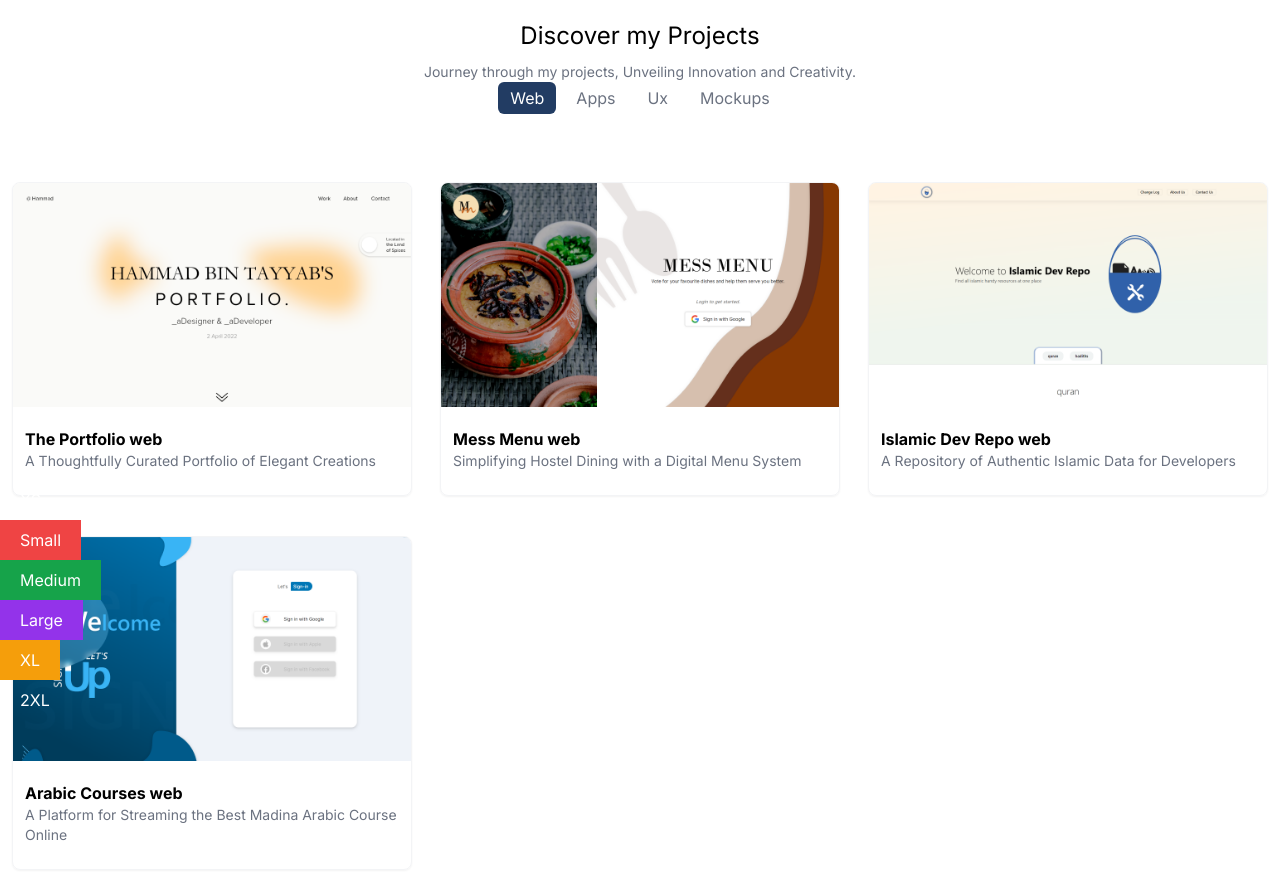
Repository: SpicierEwe/my_portfolio_v2
Page: /
These files come from the project's save history. The page is drawn as it stood at one moment and after the next save; the edit follows.
The browser window is 1280 px wide. The pictures show the whole page.
The project was rebuilt for these pictures with package versions that can differ from the ones it lists, and the page was loaded fresh each time. The framework's server and built-in components were replaced by stand-ins that run in the browser. Also part of the build but not shown: next.config.js, core/utils/customIcons.js, core/utils/utils.tsx, core/db/sub_db_data/ux_db.js.

Above is the page before, as saved 2024-04-22 11:59:21.

### app/page.tsx
import DevicePreview from "@/Components/Device_preview/device_preview";
import HeroSection from "@/Components/Hero_section/hero_section";
import WorkSection from "@/Components/Work_section/work_section";
import Image from "next/image";

export default function Home() {
  return (
    <main>
      <div className="absolute z-30 overflow-hidden bottom-0 ">
        <DevicePreview />
      </div>
      {/* <div className="overflow-hidden">
        <HeroSection />
      </div> */}

      <WorkSection />
    </main>
  );
}

### app/globals.css
@layer base {

  @font-face {
    font-family: 'Garamond';
    src: url('../public/fonts/EBGaramond-VariableFont_wght.ttf');

  }

  @font-face {
    font-family: 'Proxima Nova';
    src: url('../public/fonts/MarkSimonsonProximaNovaRegular.otf');
    font-weight: normal;
    font-style: normal;
  }


  @font-face {
    font-family: "Rage";
    src: url("../public/fonts/rage.ttf");
  }
}

@tailwind base;
@tailwind components;
@tailwind utilities;

:root {
  --foreground-rgb: 0, 0, 0;
  --background-start-rgb: 214, 219, 220;
  --background-end-rgb: 255, 255, 255;

}

@media (prefers-color-scheme: dark) {
  :root {
    --foreground-rgb: 255, 255, 255;
    --background-start-rgb: 0, 0, 0;
    --background-end-rgb: 0, 0, 0;
  }
}

body {

  /* background: #F5F5F5; */
}

### Components/Device_preview/device_preview.tsx
"use client";

import { use, useEffect, useState } from "react";

export default function DevicePreview() {
  return (
    <main className="flex flex-col justify-end ">
      {/* xs */}
      <div className=" text-right ">
        <p className="xs:bg-brand-color w-min text-white px-5 py-2">XS</p>
      </div>
      {/* sm */}
      <div className=" text-right ">
        <p className="sm:bg-red-500 w-min text-white px-5 py-2">Small</p>
      </div>
      {/* md */}
      <div className=" text-right ">
        <p className="md:bg-green-600 w-min px-5 py-2 text-white">Medium</p>
      </div>
      {/* lg */}
      <div className=" text-right ">
        <p className="lg:bg-purple-600 w-min px-5 py-2 text-white">Large</p>
      </div>
      {/* xl */}
      <div className=" text-right ">
        <p className="xl:bg-amber-500 w-min px-5 py-2 text-white">XL</p>
      </div>
      {/* 2xl */}
      <div className=" text-right ">
        <p className="2xl:bg-cyan-600 w-min px-5 py-2 text-white">2XL</p>
      </div>
    </main>
  );
}

### Components/Work_section/work_section.tsx
"use client";

import { db } from "../../core/db/db";
import Image from "next/image";
import Link from "next/link";
import { useState } from "react";

export default function WorkSection() {
  const navItems: string[] = Object.keys(db.portfolioItems);
  const [selectedNavItemIndex, setSelectedNavItemIndex] = useState<number>(0);
  return (
    <section className="">
      {/* header */}
      <header className="flex flex-col items-center pt-5">
        <h2 className="text-center text-2xl">Discover my Projects</h2>
        <p className="text-center text-sm mt-2.5 text-gray-500">
          Journey through my projects, Unveiling Innovation and Creativity.
        </p>
      </header>
      {/* nav */}
      <nav>
        <ul className="flex justify-center mt-6 gap-2 flex-wrap">
          {navItems.map((item, index) => {
            const isSelected: Boolean = selectedNavItemIndex == index;
            return (
              <li
                className={`${
                  isSelected ? "bg-brand-color" : ""
                } px-3 py-1 rounded-md cursor-pointer`}
                onClick={() => setSelectedNavItemIndex(index)}
                key={index}
              >
                <Link
                  href="#"
                  className={`${
                    isSelected ? "text-white" : "text-gray-500"
                  } capitalize`}
                >
                  {item}
                </Link>
              </li>
            );
          })}
        </ul>
      </nav>

      <main>
        {/* projects */}
        <div className="grid grid-cols-1 sm:grid-cols-2 lg:grid-cols-3 gap-7 mt-14 px-3 py-3 sm:px-14 md:px-24">
          {(db.portfolioItems as any)[navItems[selectedNavItemIndex]].map(
            (item: any, index: number) => {
              const selectedNavItemName: string =
                navItems[selectedNavItemIndex];
              const projectName: string = item["projectName"];
              const imageLink: string = item["imageLink"];
              const tagLine = item["projectTagLine"];
              return (
                <div
                  key={index}
                  className="cursor-pointer shadow-sm rounded-lg overflow-hidden mb-3 border border-gray-100 hover:bg-gray-100 hover:border-gray-300
                  transition transform duration-300 ease-in-out"
                >
                  <Image
                    className="" // Group-based scaling
                    src={imageLink}
                    alt={projectName}
                    height={100}
                    width={100}
                    layout="responsive"
                  />
                  <div className="ml-3 mb-6 mt-5">
                    <p className="font-bold">
                      {projectName} {selectedNavItemName}
                    </p>
                    <p className="text-gray-500 text-sm">{tagLine}</p>
                  </div>
                </div>
              );
            }
          )}
        </div>
      </main>
    </section>
  );
}

### core/db/db.js
import { websitesDb } from "./sub_db_data/websites_db";
import { appsDb } from "./sub_db_data/apps_db";
import { uxDb } from "./sub_db_data/ux_db";
import { mockupsDb } from "./sub_db_data/mockups_db";

export const db = {
  portfolioItems: {
    web: websitesDb,
    apps: appsDb,
    ux: uxDb,
    mockups: mockupsDb,
  },
};

### core/db/sub_db_data/websites_db.js
import { embedCustomLinks } from "../../utils/utils";

export const websitesDb = [
  {
    projectName: "The Portfolio",
    projectId: "e2f9658b-f9bb-4d2c-ac8c-113a56d9204f",
    projectTagLine: "A Thoughtfully Curated Portfolio of Elegant Creations",
    link: "https://hammadtayyab.vercel.app/",
    imageLink: "/images/websites/my_portfolio.png",
    info: "This portfolio project showcases a minimalist design, highlighting my work and skills with clarity and finesse. The aim was to provide a seamless user experience and intuitive navigation, creating a comprehensive and sophisticated display of my professional journey.",
    roles: [
      "Data Analyst",
      "Designer",
      "Developer",
      "Maintainer",
      "Product Manager",
      "Tester/Quality Assurance",
      "Researcher",
      "DevOps Engineer",
      "Technical Writer",
      "Project Manager",
    ],
    techStack: [
      "NextJs",
      "React",
      "TypeScript",
      "TailwindCSS",
      "HTML",
      "CSS",
      "JavaScript",
      "Git",
      "Vercel",
    ],
  },
  {
    projectId: "566ec8d6-4d5d-4f22-9580-2c574f7122fb",
    projectName: "Mess Menu",
    projectTagLine: "Simplifying Hostel Dining with a Digital Menu System",
    link: "https://messmenu.vercel.app/",
    imageLink: "/images/websites/mess_menu.png",
    info: "This project streamlines the process of hostel dining by offering a digital menu system for students. Monthly menus are curated through community voting, allowing students to have a say in their dining options. Originating from a friend's final year project, the focus was on user-centric design and functionality, ensuring a seamless experience for all users.",
    roles: [
      "Data Analyst",
      "Designer",
      "Developer",
      "Maintainer",
      "Product Manager",
      "Tester/Quality Assurance",
      "Researcher",
      "DevOps Engineer",
      "Technical Writer",
      "Project Manager",
    ],
    techStack: [
      "NextJs",
      "React",
      "HTML",
      "CSS",
      "JavaScript",
      "Git",
      "Vercel",
      "Firebase",
      "Firebase Auth",
    ],
  },
  {
    projectId: "e3a52953-0a4d-43c3-b874-bd55925f6a7e",
    projectName: "Islamic Dev Repo",
    projectTagLine: "A Repository of Authentic Islamic Data for Developers",
    link: "https://islamic-dev-repo.vercel.app/",
    imageLink: "/images/websites/islamic_dev_repo.png",
    info: "This project offers developers a curated repository of reliable Islamic data that can be seamlessly integrated into various applications. With a focus on authenticity and compatibility across multiple devices, this repository provides a trustworthy source of information for developers working on Islamic-related projects.",
    roles: [
      "Data Analyst",
      "Designer",
      "Developer",
      "Maintainer",
      "Product Manager",
      "Tester/Quality Assurance",
      "Researcher",
      "DevOps Engineer",
      "Technical Writer",
      "Project Manager",
    ],
    techStack: [
      "NextJs",
      "React",
      "HTML",
      "CSS",
      "JavaScript",
      "Git",
      "Vercel",
      "Python",
    ],
  },
  {
    projectId: "87693335-b9d6-434c-8428-5d8266482050",
    projectName: "Arabic Courses",
    projectTagLine:
      "A Platform for Streaming the Best Madina Arabic Course Online",
    link: "https://arabiccourses.vercel.app/",
    imageLink: "/images/websites/arabic_courses.png",
    info: `The goal of this project was to establish an online platform for the popular Madina Arabic course, allowing users to stream videos from the cloud and track their progress. Initially, the videos were only available for download, but this platform offers a more convenient streaming experience. You can learn more about the course at ${embedCustomLinks(
      {
        link: "https://abdurrahman.org/arabic-learning/dvds/",
        title: "AbdurRahman.Org",
      }
    )}. Arabic Courses enhances accessibility and convenience for users, making the learning process smoother and more enjoyable.`,
    roles: [
      "Data Analyst",
      "Designer",
      "Developer",
      "Maintainer",
      "Product Manager",
      "Tester/Quality Assurance",
      "Researcher",
      "DevOps Engineer",
      "Technical Writer",
      "Project Manager",
    ],
    techStack: [
      "NextJs",
      "React",
      "HTML",
      "CSS",
      "JavaScript",
      "Git",
      "Vercel",
      "Firebase",
      "Firebase Auth",
    ],
  },
];

### core/db/sub_db_data/apps_db.js
import { embedCustomLinks } from "../../utils/utils";

export const appsDb = [
  {
    projectId: "38384ae3-5586-40be-b025-c9c3ad1094ef",
    projectName: "al Qur'an",
    projectTagLine: "All about the Qur'an in one app.",

    link: "https://play.google.com/store/apps/details?id=com.spicierewe.al_quran",

    imageLink: "/images/apps/al_quran.png",

    info: `The "al Qur'an" app offers a comprehensive experience of the Qur'an for users around the world. It includes a wide range of translations in various languages, tafseer (exegesis), access to over 49 reciters and translators, and much more. All data is sourced from the reliable platform ${embedCustomLinks(
      { link: "https://quran.com", title: "quran.com" }
    )}.`,

    roles: [
      "Data Analyst",
      "Designer",
      "Developer",
      "Maintainer",
      "Product Manager",
      "Tester/Quality Assurance",
      "Researcher",
      "DevOps Engineer",
      "Technical Writer",
      "Project Manager",
    ],

    techStack: ["Flutter", "Dart", "Git", "Adobe XD"],

    platforms: ["Android"],
  },
  {
    projectId: "1eeb435f-acbd-41e8-b826-440959bb6a57",
    projectName: "Riddle Me",
    projectTagLine: "Riddle Me: Unraveling Minds, One Clue at a Time!",

    link: "https://play.google.com/store/apps/details?id=com.spicierewe.RiddleMe",

    imageLink: "/images/apps/riddle_me.png",

    info: "Riddle Me is an engaging and challenging game designed to test your intelligence and problem-solving skills. This game stimulates creative thinking and encourages you to approach problems from different perspectives.",

    roles: [
      "Data Analyst",
      "Designer",
      "Developer",
      "Maintainer",
      "Product Manager",
      "Tester/Quality Assurance",
      "Researcher",
      "DevOps Engineer",
      "Technical Writer",
      "Project Manager",
    ],

    techStack: ["Flutter", "Dart", "Git", "Adobe XD"],

    platforms: ["Android"],
  },
  {
    projectId: "2ae7005c-16e2-4fe5-b7b0-20f5f826321e",
    projectName: "Food Deals",
    projectTagLine: "Find the best food deals at your fingertips.",

    link: "https://play.google.com/store/apps/details?id=com.spicierewe.food_deals",

    imageLink: "/images/apps/food_deals.png",

    info: "Food Deals is an app that helps users discover the best offers and discounts on their favorite food delivery services. Save money and enjoy your favorite meals by comparing prices across different platforms.",

    roles: [
      "Data Analyst",
      "Designer",
      "Developer",
      "Maintainer",
      "Product Manager",
      "Tester/Quality Assurance",
      "Researcher",
      "DevOps Engineer",
      "Technical Writer",
      "Project Manager",
    ],

    techStack: ["Flutter", "Dart", "Git", "Adobe XD"],

    platforms: ["Android"],
  },
  {
    projectId: "627de94f-59b4-4f85-bcf4-df6fbf22714e",
    projectName: "Hadith Collection",
    projectTagLine: "Access authentic hadiths of the Prophet Muhammad (pbuh).",

    link: "https://play.google.com/store/apps/details?id=com.spicierewe.ahadith_collection",

    imageLink: "/images/apps/ahadith_collection.png",

    info: `The "Hadith Collection" app provides a comprehensive and authentic collection of hadiths of the Prophet Muhammad (pbuh). It includes data from various reputable sources such as ${embedCustomLinks(
      { link: "https://sunnah.com", title: "sunnah.com" }
    )} for Arabic and English, and ${embedCustomLinks({
      link: "https://github.com/pakjiddat/islam-companion-web-api",
      title: "islam-companion-web-api",
    })} for Urdu data.`,

    roles: [
      "Data Analyst",
      "Designer",
      "Developer",
      "Maintainer",
      "Product Manager",
      "Tester/Quality Assurance",
      "Researcher",
      "DevOps Engineer",
      "Technical Writer",
      "Project Manager",
    ],

    techStack: ["Flutter", "Dart", "Git", "Adobe XD"],

    platforms: ["Android"],
  },
  {
    projectId: "7468bdef-5b24-454e-ae99-dd0a558441d7",
    projectName: "Study Practice",
    projectTagLine: "Practice makes perfect.",

    link: "https://play.google.com/store/apps/details?id=com.spicierewe.study_practice",

    imageLink: "/images/apps/study_practice.png",

    info: "Study Practice is a study companion app designed to help students prepare for competitive exams such as NEET and JEE. The app offers past exam questions, mock tests, and real-time progress tracking along with official study material.",

    roles: [
      "Data Analyst",
      "Designer",
      "Developer",
      "Maintainer",
      "Product Manager",
      "Tester/Quality Assurance",
      "Researcher",
      "DevOps Engineer",
      "Technical Writer",
      "Project Manager",
    ],

    techStack: ["Flutter", "Dart", "Git", "Adobe XD"],

    platforms: ["Android"],
  },
];

### core/db/sub_db_data/mockups_db.js
export const mockupsDb = [
  {
    phone_mockup_links: [],
    other_mockup_links: [
      "/images/mockups/eat_healthy_mockup.svg",
      "/images/mockups/bot_mockup_theme_light.svg",
      "/images/mockups/bot_mockup_theme_dark.svg",
      "/images/mockups/the_perfume_lab_price_list.png",
      "/images/mockups/noraty_business_hero_section.svg",
      "/images/mockups/gr_showcase.png",
      "/images/mockups/just_moved_showcase.png",
      "/images/mockups/archer_product_design.png",
      "/images/mockups/the_connection_poster.png",
      "/images/mockups/social_flow_flyer.png",
      "/images/mockups/LVD_roll_up_banner.png",
      "/images/mockups/ATS_flyer.png",
    ],
  },
];

### tailwind.config.js
const { reverse } = require("dns");
const defaultTheme = require("tailwindcss/defaultTheme");

/** @type {import('tailwindcss').Config} */
module.exports = {
  content: [
    "./pages/**/*.{js,ts,jsx,tsx,mdx}",
    "./components/**/*.{js,ts,jsx,tsx,mdx}",
    "./app/**/*.{js,ts,jsx,tsx,mdx}",
    "./core/**/*.{js,ts,jsx,tsx,mdx}",
  ],
  theme: {
    extend: {
      screens: { xs: { max: "640px" } },

      maxWidth: {
        "120rem": "120rem",
      },

      backgroundImage: {
        "gradient-radial": "radial-gradient(var(--tw-gradient-stops))",
        "gradient-conic":
          "conic-gradient(from 180deg at 50% 50%, var(--tw-gradient-stops))",
      },

      colors: {
        "brand-color": "#223c63",
        "primary-color": "#ffffff",
        "secondary-color": "#00A699",
        "accent-color": "#779ace",
      },

      keyframes: {
        wiggle: {
          "0%, 100%": { transform: "rotate(-3deg)" },
          "50%": { transform: "rotate(3deg)" },
        },

        levitate: {
          "0%": { transform: "translateY(50px)" },
          "50%": { transform: "translateY(-30px)  scale(1.1)" },
          "100%": { transform: "translateY(50px)" },
        },
        levitate_reverse: {
          "0%": { transform: "translateY(-90px)" },
          "50%": { transform: "translateY(30px)  scale(1.1)" },
          "100%": { transform: "translateY(-90px)" },
        },
      },

      animation: {
        "spin-slow": "spin 3s linear infinite",
        wiggle: "wiggle 1s ease-in-out infinite",
        levitate: "levitate 5s ease-in-out infinite",
        levitate_reverse: "levitate_reverse 5s ease-in-out infinite reverse",
      },

      fontFamily: {
        garmond: ["Garmond", ...defaultTheme.fontFamily.serif],
        custom_sans: ["Proxima Nova", ...defaultTheme.fontFamily.sans],
      },

      height: {
        dvh: "100dvh",
      },
    },
  },

  variants: {
    backgroundColor: ["responsive", "hover", "focus", "active"],
  },

  plugins: [],
};

Loaded but not shown: app/layout.tsx (common file)

After the next save:
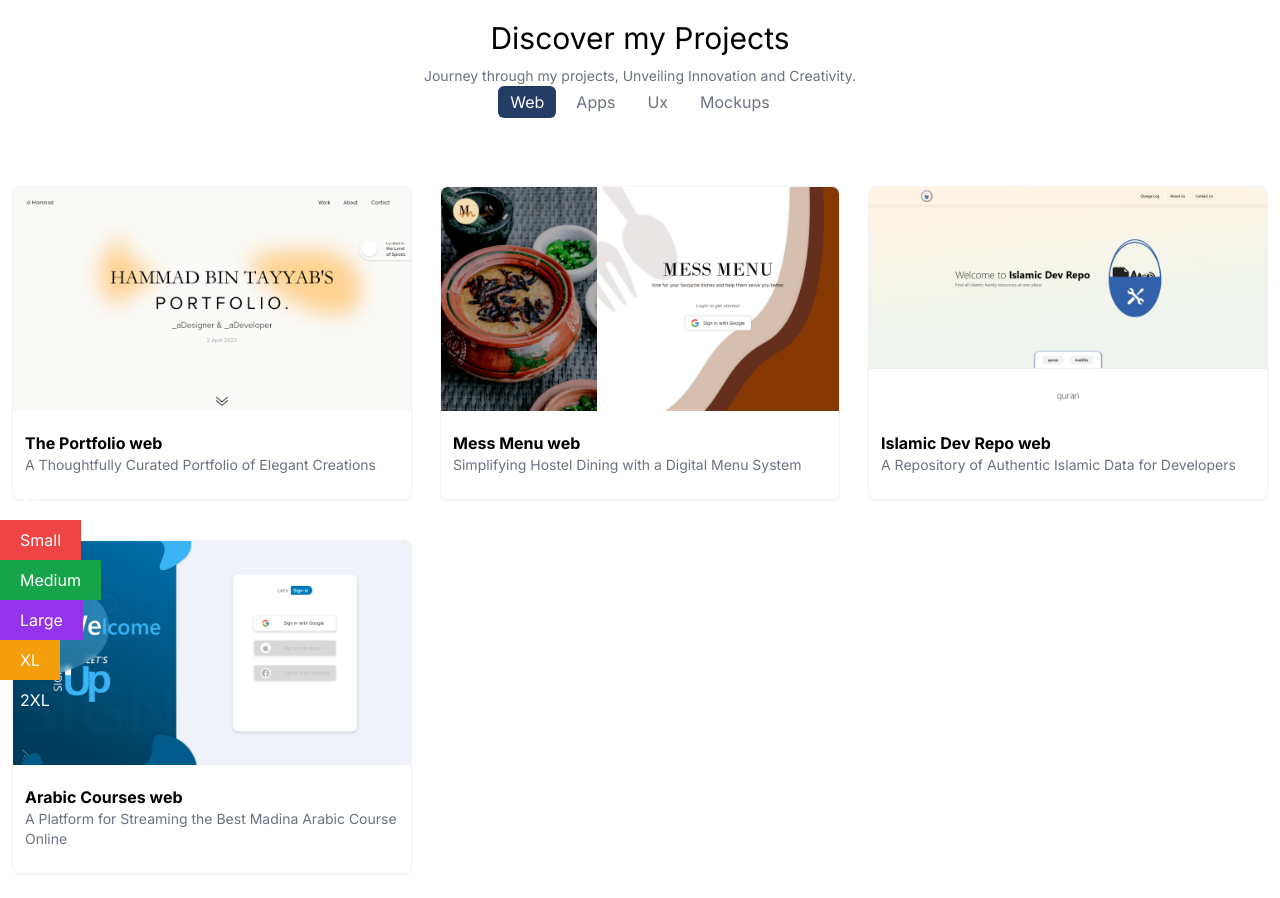
Saved 101 s later.
--- a/Components/Work_section/work_section.tsx
+++ b/Components/Work_section/work_section.tsx
@@ -12,7 +12,9 @@ export default function WorkSection() {
     <section className="">
       {/* header */}
       <header className="flex flex-col items-center pt-5">
-        <h2 className="text-center text-2xl">Discover my Projects</h2>
+        <h2 className="text-center text-2xl md:text-3xl">
+          Discover my Projects
+        </h2>
         <p className="text-center text-sm mt-2.5 text-gray-500">
           Journey through my projects, Unveiling Innovation and Creativity.
         </p>
